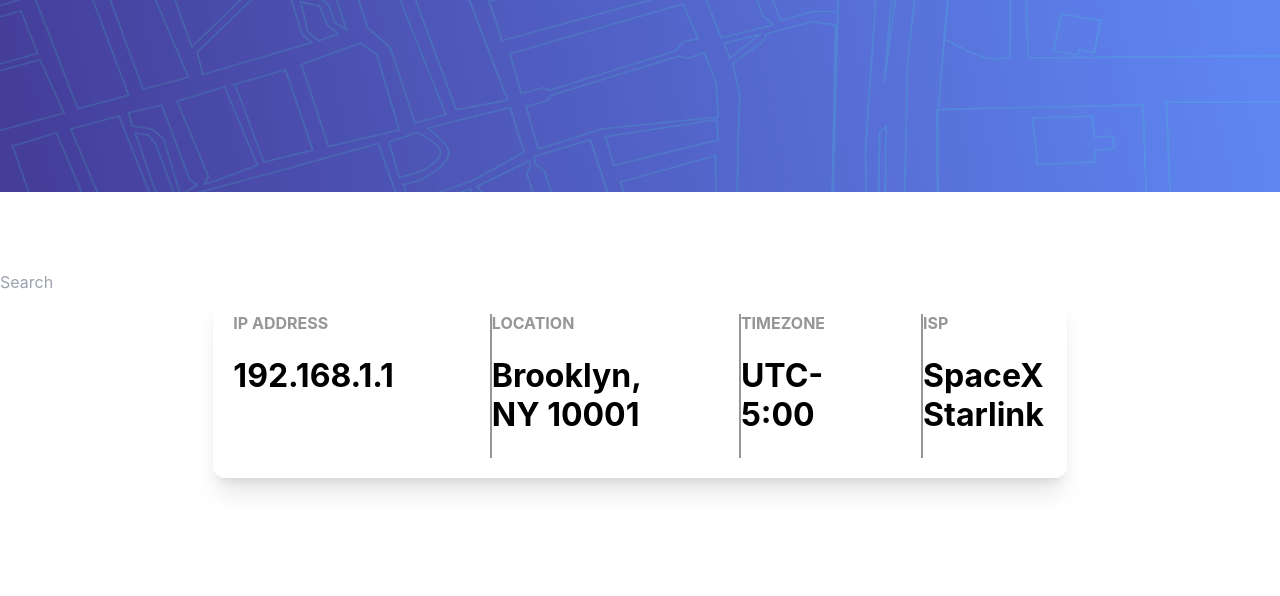
Repository: Dealsy/IP-Tracker
Page: /
An editor plug-in stored every save of this project. The page is shown before and after the next save, followed by the edit.
The browser window is 1280 px wide. The pictures show the whole page.
The project was rebuilt for these pictures with package versions that can differ from the ones it lists, and the page was loaded fresh each time. The framework's server and built-in components were replaced by stand-ins that run in the browser. Also part of the build but not shown: next.config.js.

Above is the page before, as saved 2022-04-21 21:42:49.

### pages/index.js
import Head from "next/head";
import Image from "next/image";
import Backdrop from "../images/pattern-bg.png";

export default function Home() {
  return (
    <div>
      <Head>
        <title>Create Next App</title>
        <meta name="description" content="Generated by create next app" />
        <link rel="icon" href="/favicon.ico" />
      </Head>

      <main>
        <div>
          <Image
            src={Backdrop}
            alt="Picture of backdrop"
            width={2000}
            height={300}
          />

          <h1 className="text-white">IP Address Tracker</h1>
          <input type="search" placeholder="Search" />
        </div>
        <div className="flex flex-row justify-evenly border-0 shadow-xl w-4/6 m-auto rounded-xl p-5">
          <div className=" border-r-2 border-Gray pr-24">
            <h3>IP ADDRESS</h3>
            <h2> 192.168.1.1 </h2>
          </div>
          <div className=" border-r-2 border-Gray pr-24">
            <h3> LOCATION </h3>
            <h2> Brooklyn, NY 10001 </h2>
          </div>
          <div className=" border-r-2 border-Gray pr-24">
            <h3>TIMEZONE</h3>
            <h2> UTC-5:00 </h2>
          </div>
          <div>
            <h3>ISP</h3>
            <h2>SpaceX Starlink</h2>
          </div>
        </div>
      </main>

      <footer></footer>
    </div>
  );
}

### styles/globals.css
@tailwind base;
@tailwind components;
@tailwind utilities;


h1 {
  font-size: 2.5rem;
  font-weight: 700;
  line-height: 1.2;
  margin-bottom: 1.5rem;
}

h2 {
  font-size: 2rem;
  font-weight: 700;
  line-height: 1.2;
  margin-bottom: 1.5rem;
}

h3 {
  font-size: 1rem;
  font-weight: 700;
  line-height: 1.2;
  margin-bottom: 1.5rem;
  color: #969696;
}


html,
body {
  padding: 0;
  margin: 0;
  font-family: -apple-system, BlinkMacSystemFont, Segoe UI, Roboto, Oxygen,
    Ubuntu, Cantarell, Fira Sans, Droid Sans, Helvetica Neue, sans-serif;
}

a {
  color: inherit;
  text-decoration: none;
}

* {
  box-sizing: border-box;
}

### tailwind.config.js
module.exports = {
  content: [
    "./pages/**/*.{js,ts,jsx,tsx}",
    "./components/**/*.{js,ts,jsx,tsx}",
  ],
  theme: {
    extend: {
      colors: {
        "Dark-Gray": "#2b2b2b",
        Gray: "#969696",
      },
    },
  },
  plugins: [],
};

Loaded but not shown: pages/_app.js (common file)

After the next save:
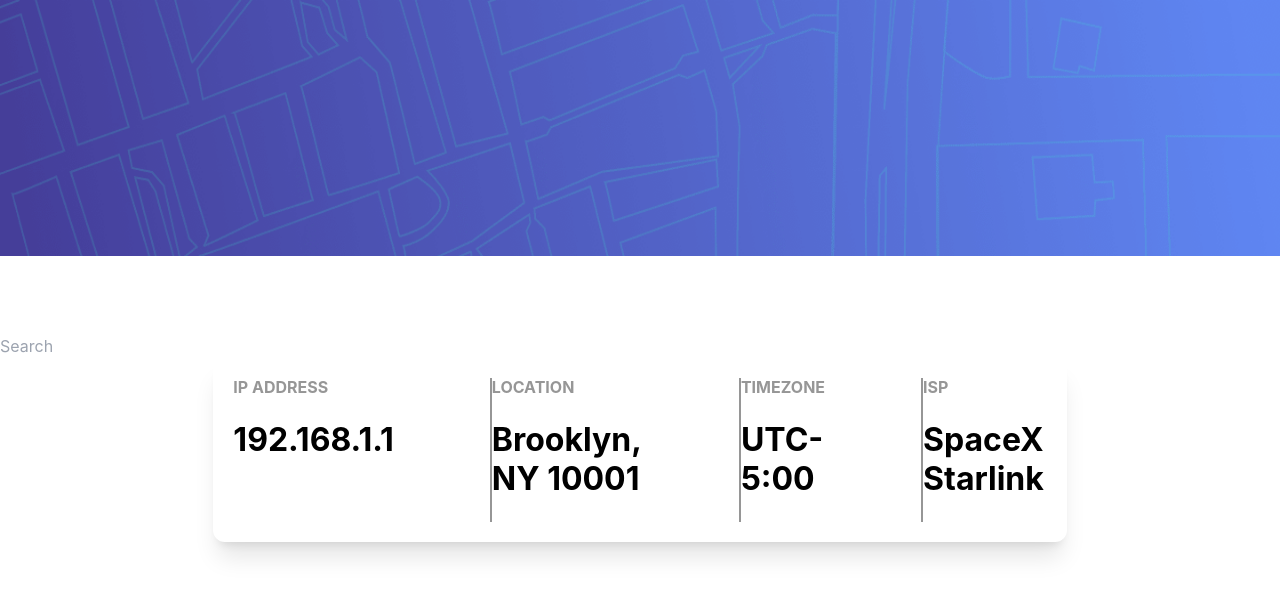
Saved 7 s later.
--- a/pages/index.js
+++ b/pages/index.js
@@ -17,7 +17,7 @@ export default function Home() {
             src={Backdrop}
             alt="Picture of backdrop"
             width={2000}
-            height={300}
+            height={400}
           />
 
           <h1 className="text-white">IP Address Tracker</h1>
